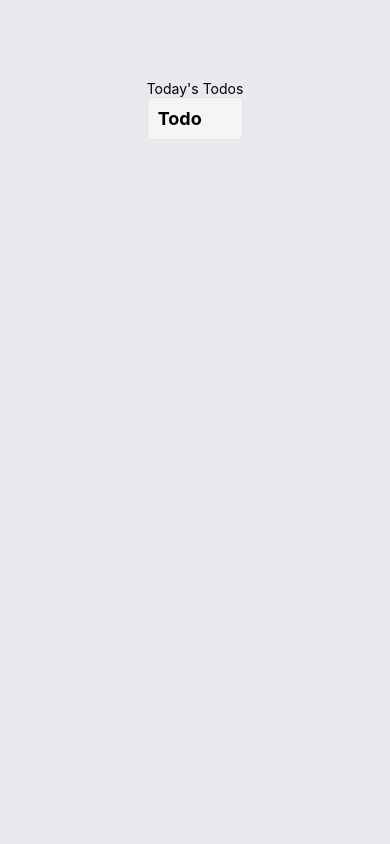
Repository: lomelo-x/ToDo-App
Screen: / (app in todo-app/)
The author's editor kept a copy of each file at every save. The screen is drawn from the files as they stood at one save, then again after the next save.
The app was drawn by React Native's web renderer in a window 390 px wide. The project was rebuilt for these pictures with package versions that can differ from the ones it lists, and the page was loaded fresh each time.

Above is the screen before, as saved 2022-06-17 19:18:24.

### todo-app/App.js
import { StatusBar } from 'expo-status-bar';
import { StyleSheet, Text, View } from 'react-native';
import Todo from './components/Todo';

export default function App() {
	return (
		<View style={styles.container}>
			{/* Todays Todos */}
			<View style={styles.todoContainer}>
				<Text style={styles.sectionTitle}>Today's Todos</Text>
				<View style={styles.itemsContainer}>
					<Todo />

				</View>
			</View>
		</View>
	);
}

const styles = StyleSheet.create({
	container: {
		flex: 1,
		backgroundColor: '#E8EAED',
		alignItems: 'center',
	},
	todoContainer: {
		paddingTop: 80,
		paddingHorizontal: 20,
	},
	sectionTitle: {},
	itemsContainer: {},
});

### todo-app/components/Todo.js
import React from 'react';
import { View, Text, StyleSheet } from 'react-native';

const Todo = () => {
	return (
		<View style={styles.todo}>
			<Text style={styles.todoText}>Todo</Text>
		</View>
	);
};

const styles = StyleSheet.create({
	todo: {
		backgroundColor: '#f5f5f5',
		padding: 10,
		marginBottom: 10,
		borderRadius: 5,
		borderWidth: 1,
		borderColor: '#e3e3e3',
	},
	todoText: {
		fontSize: 18,
		fontWeight: 'bold',
	},
});

export default Todo;

After the next save:
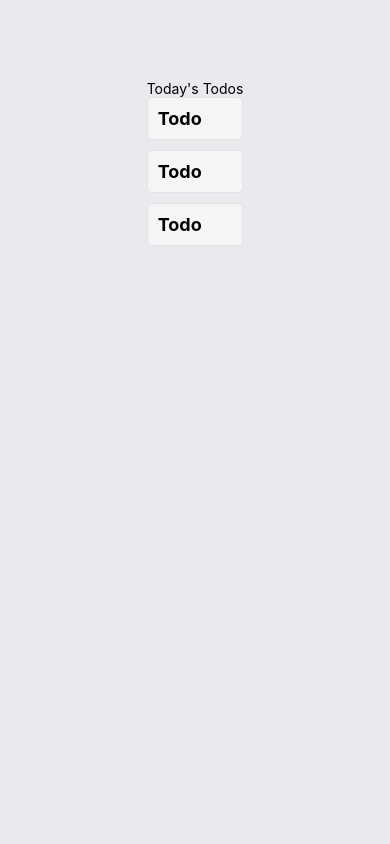
Saved 5 s later.
--- a/todo-app/App.js
+++ b/todo-app/App.js
@@ -9,6 +9,8 @@ export default function App() {
 			<View style={styles.todoContainer}>
 				<Text style={styles.sectionTitle}>Today's Todos</Text>
 				<View style={styles.itemsContainer}>
+					<Todo />
+					<Todo />
 					<Todo />
 
 				</View>
